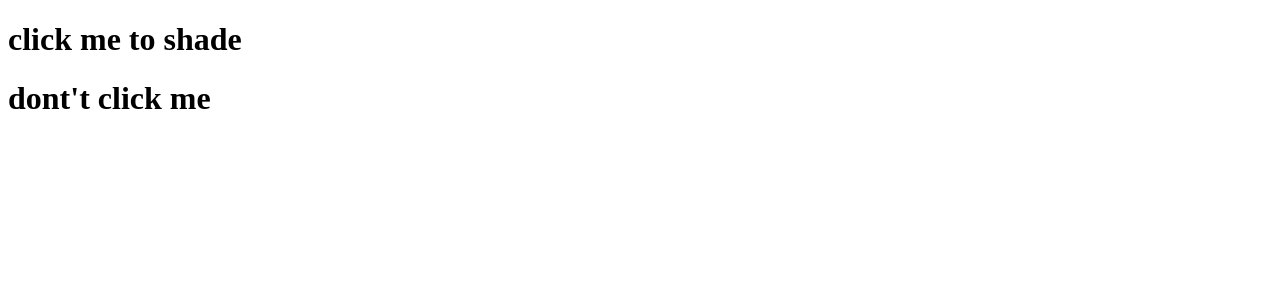
Repository: Abdoulrhman-altyeb/React-Typescript
Page: /
The author's editor kept a copy of each file at every save. The page is drawn from the files as they stood at one save, then again after the next save.
The browser window is 1280 px wide. The pictures show the whole page.
The project was rebuilt for these pictures with package versions that can differ from the ones it lists, and the page was loaded fresh each time.

Above is the page before, as saved 2021-05-15 18:00:28.

### public/index.html
<!DOCTYPE html>
<html lang="en">

<head>
  <meta charset="utf-8" />
  <meta name="viewport" content="width=device-width, initial-scale=1" />
  <meta name="theme-color" content="#000000" />
  <meta name="description" content="IT Guys Community" />
  <title>App Lab</title>
</head>

<body>
  <noscript>You need to enable JavaScript to run this app.</noscript>
  <div id="root"></div>
</body>

</html>

### src/index.tsx
import React from "react";
import ReactDOM from "react-dom";
import App from "./App";

ReactDOM.render(<App age={50}/>,document.getElementById("root"));

### src/App.tsx
import React, { useState, useRef } from "react";
import ListItem from "./ListItem";

interface ListProps {
   text: string, complete: boolean
}


const App: React.FC = () => {

  const ListItems: Array<ListProps> = [
   {text:'click me to shade', complete:true},
   {text:'dont\'t click me' ,complete:false},
  ]

  return (
    <>

      {ListItems.map(item => (
          <div>
            <h1>{item.text}</h1>
            <p>{item.complete}</p>
          </div>
        ))}
    </>
  )
}

export default App;

### src/ListItem.tsx
import React from 'react';

const ListItem:React.FC = () => {
    return(
        <li>
            <input type="checkbox" checked={true} />
            <label></label>
        </li>
    )
}
export default ListItem

After the next save:
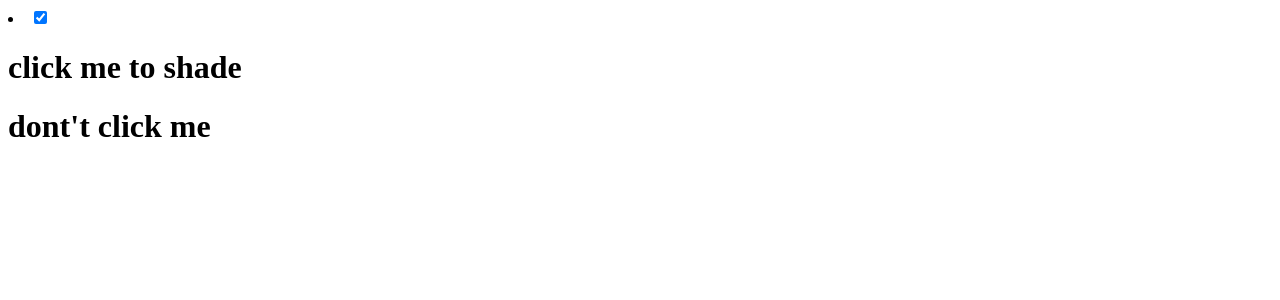
Saved 8 s later.
--- a/src/App.tsx
+++ b/src/App.tsx
@@ -15,7 +15,7 @@ const App: React.FC = () => {
 
   return (
     <>
-
+      <ListItem/>
       {ListItems.map(item => (
           <div>
             <h1>{item.text}</h1>
